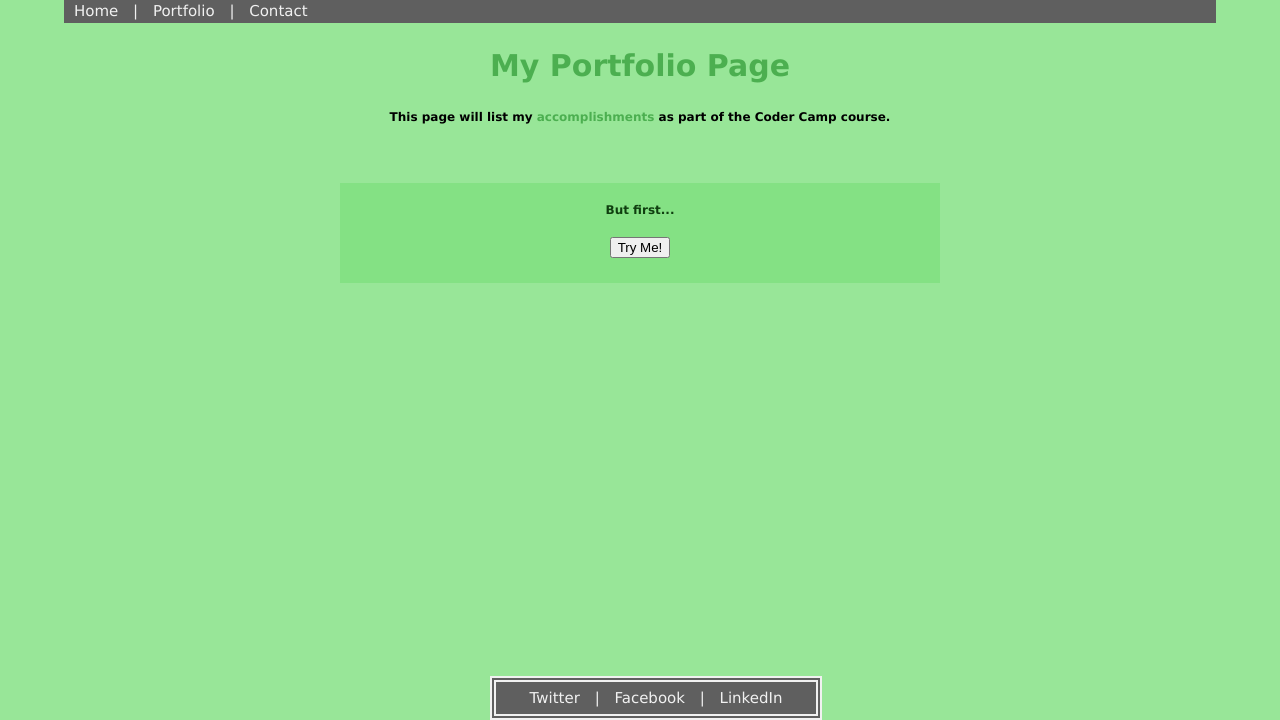
Repository: ischicagoisnotchicago/is-chicago
Page: http://localhost/CC_Personal_Website/portfolio.html
The author's editor kept a copy of each file at every save. The page is drawn from the files as they stood at one save, then again after the next save.
The browser window is 1280 px wide. The pictures show the whole page.
The page is served by Tomcat 9.

Above is the page before, as saved 2017-05-25 17:54:54.

After the next save:
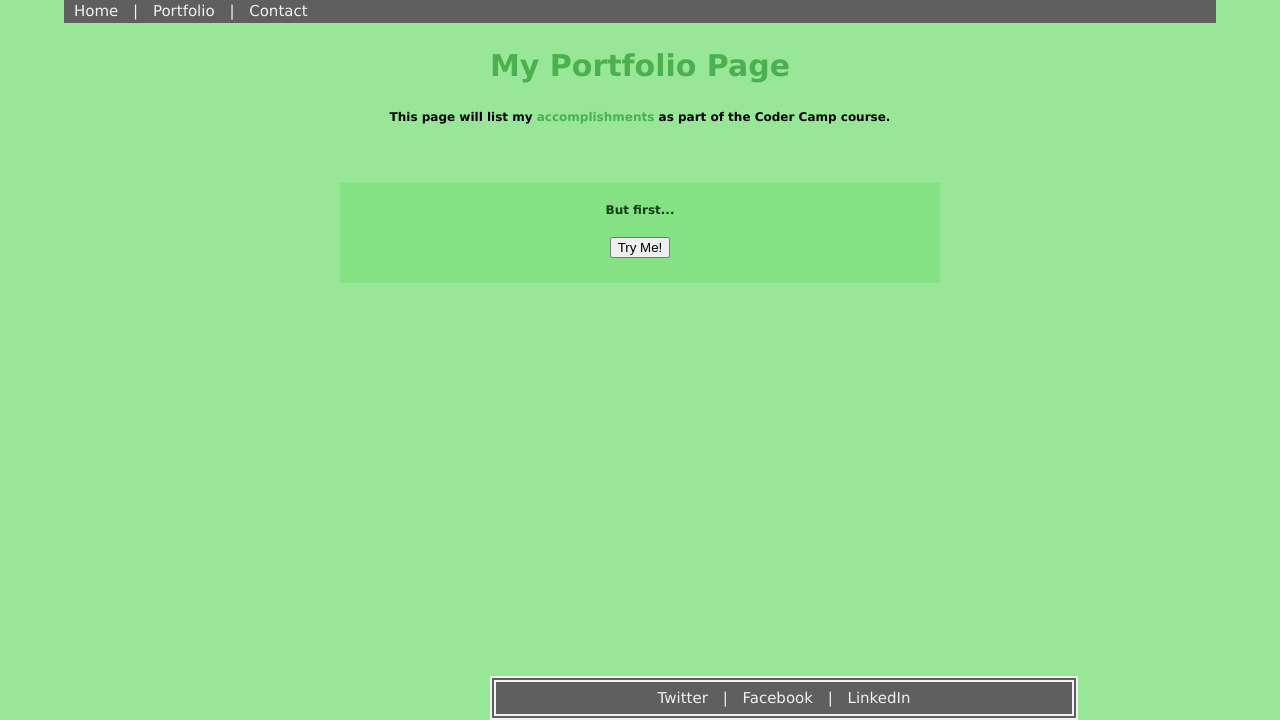
Saved 81 s later.
--- a/CC Personal Website/WebContent/style.css
+++ b/CC Personal Website/WebContent/style.css
@@ -226,7 +226,7 @@ footer {
   position: fixed;
   bottom: 0;
   left: 0;
-  width: 25%;
+  width: 45%;
   margin: 0 490px;
   color: #f1f1f1;
   background-color: #5f5f5f;
